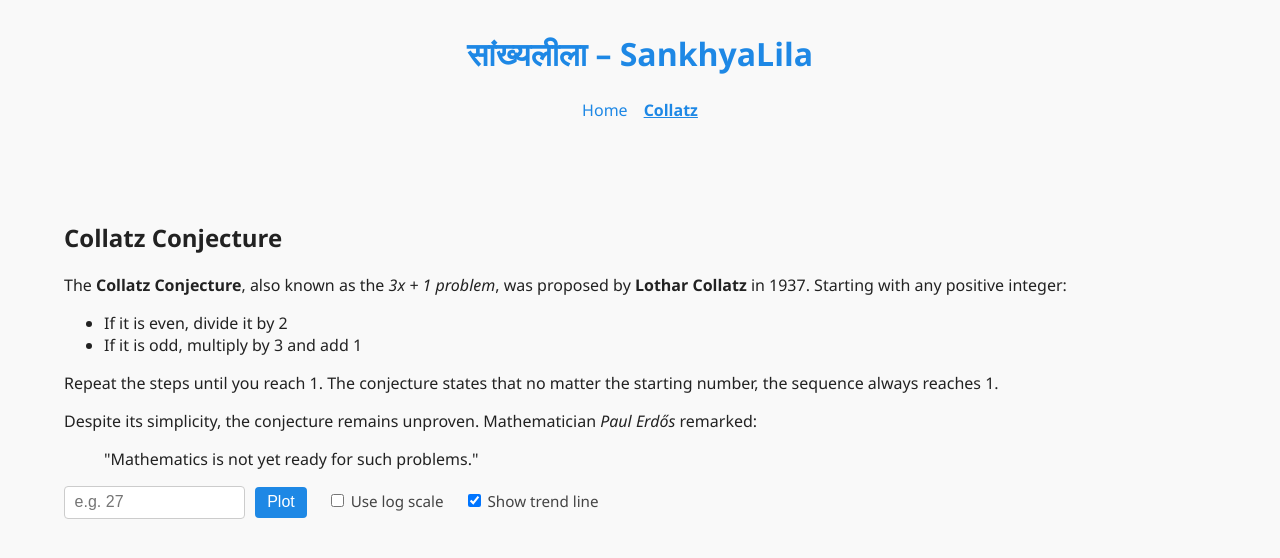
Repository: ChakreshSinghUC/SankhyaLila
Page: /#/collatz
These files come from the project's save history. The page is drawn as it stood at one moment and after the next save; the edit follows.
The browser window is 1280 px wide. The pictures show the whole page.
The project was rebuilt for these pictures with package versions that can differ from the ones it lists, and the page was loaded fresh each time.

Above is the page before, as saved 2025-07-05 17:32:00.

After the next save:
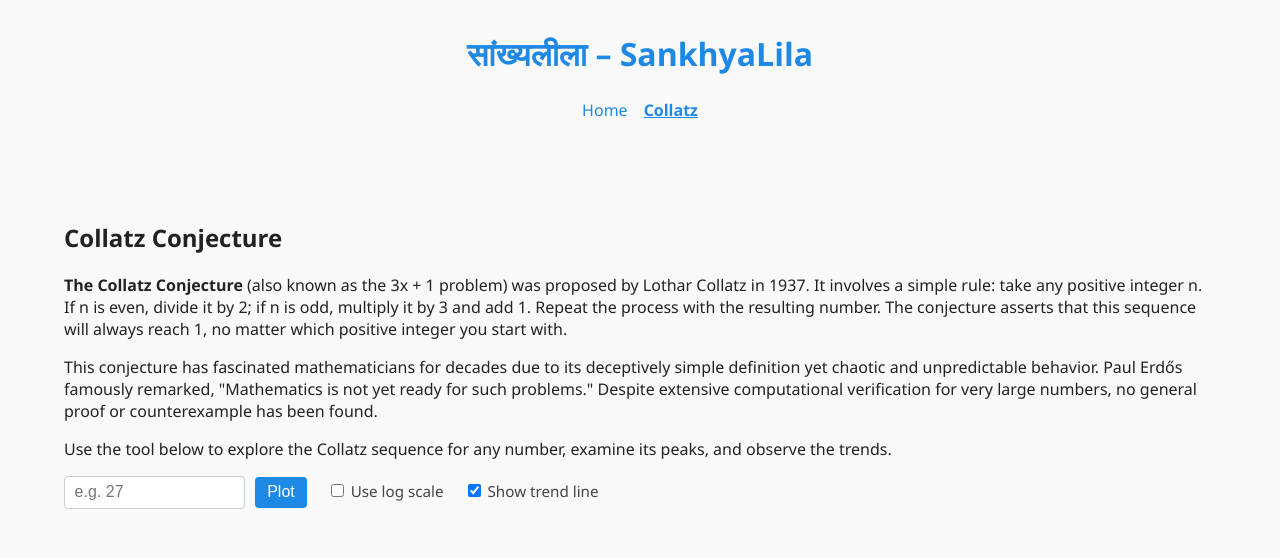
Saved 2 min 41 s later.
--- a/src/pages/Collatz.jsx
+++ b/src/pages/Collatz.jsx
@@ -160,19 +160,10 @@ export default function Collatz() {
   return (
     <div style={{ padding: '2rem' }}>
       <h2>Collatz Conjecture</h2>
-      <p>
-        The <strong>Collatz Conjecture</strong>, also known as the <em>3x + 1 problem</em>, was proposed by <strong>Lothar Collatz</strong> in 1937.
-        Starting with any positive integer:
-      </p>
-      <ul>
-        <li>If it is even, divide it by 2</li>
-        <li>If it is odd, multiply by 3 and add 1</li>
-      </ul>
-      <p>Repeat the steps until you reach 1. The conjecture states that no matter the starting number, the sequence always reaches 1.</p>
-      <p>
-        Despite its simplicity, the conjecture remains unproven. Mathematician <em>Paul Erdős</em> remarked:
-        <blockquote>"Mathematics is not yet ready for such problems."</blockquote>
-      </p>
+      <p><strong>The Collatz Conjecture</strong> (also known as the 3x + 1 problem) was proposed by Lothar Collatz in 1937. It involves a simple rule: take any positive integer n. If n is even, divide it by 2; if n is odd, multiply it by 3 and add 1. Repeat the process with the resulting number. The conjecture asserts that this sequence will always reach 1, no matter which positive integer you start with.</p>
+      <p>This conjecture has fascinated mathematicians for decades due to its deceptively simple definition yet chaotic and unpredictable behavior. Paul Erdős famously remarked, "Mathematics is not yet ready for such problems." Despite extensive computational verification for very large numbers, no general proof or counterexample has been found.</p>
+
+      <p>Use the tool below to explore the Collatz sequence for any number, examine its peaks, and observe the trends.</p>
 
       <input
         type="number"
